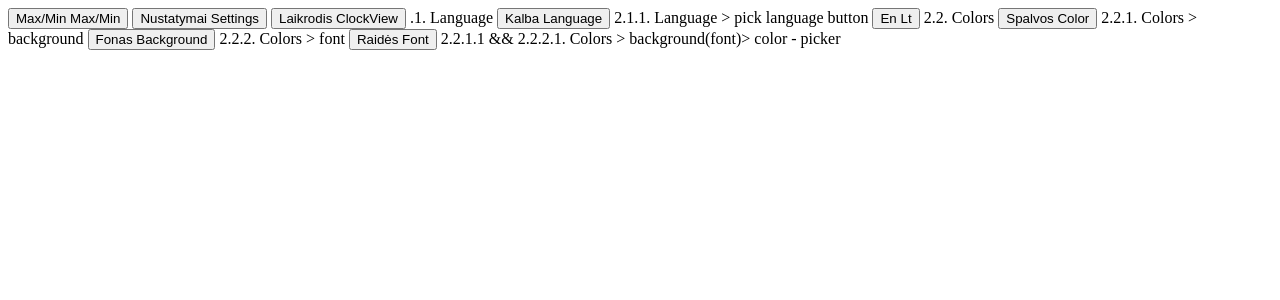
Repository: Skaidrius/WordClock
Page: directives/clock-buttons.html
The author's editor kept a record of every edit. The page is drawn from the files as they stood at one moment, then again after the next edit.
The browser window is 1280 px wide. The pictures show the whole page.

Above is the page before.

After the next edit:
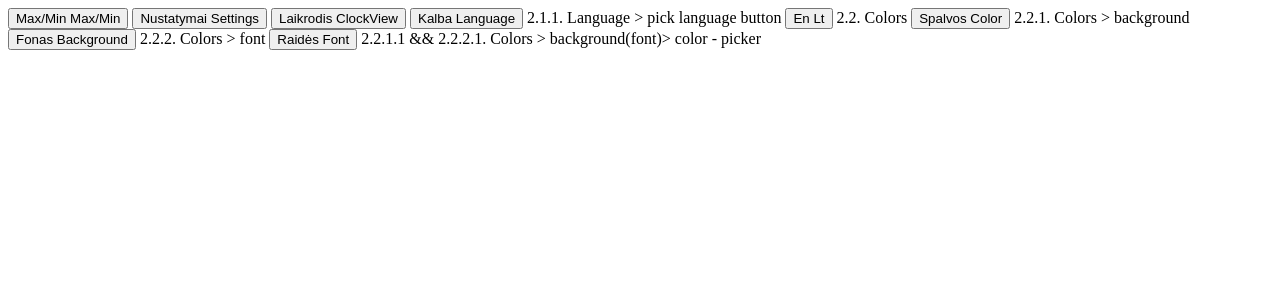
The edit:
--- a/directives/clock-buttons.html
+++ b/directives/clock-buttons.html
@@ -18,7 +18,7 @@
     <span ng-show="en">ClockView</span>
 </button>
 
-.1. Language
+<!--.1. Language -->
 <button ng-show="change && sets" ng-click="lang=!lang; color=false">
     <span ng-show="lt">Kalba</span>
     <span ng-show="en">Language</span>
